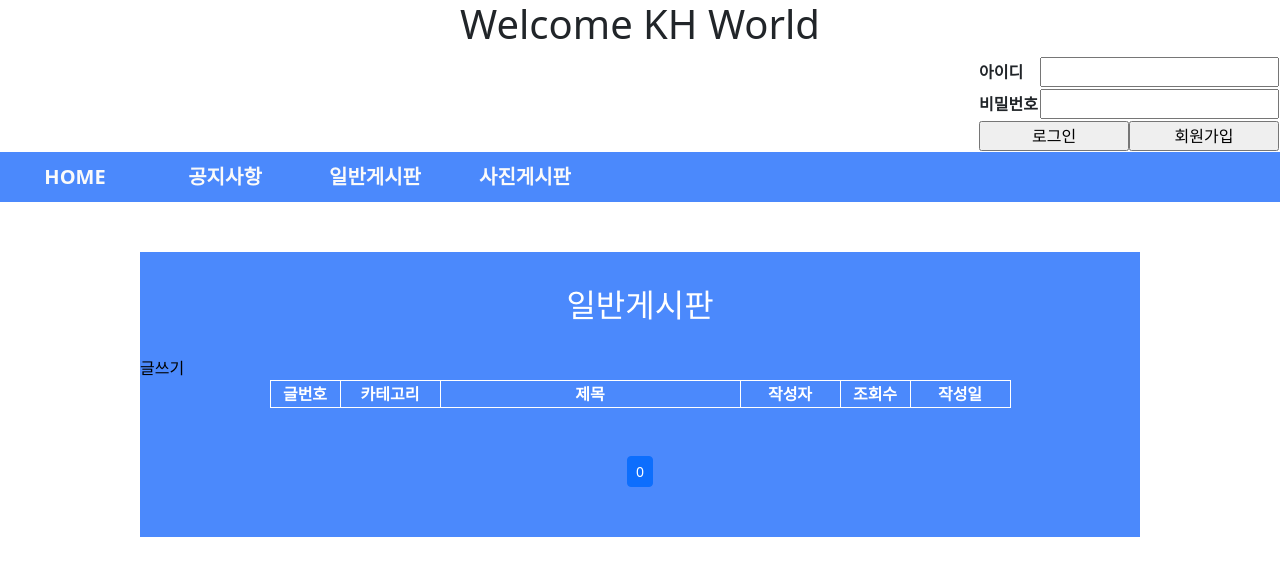
Repository: didwlwd/workspace
Page: http://localhost/jspProject/views/board/boardlistview.jsp
These files come from the project's save history. The page is drawn as it stood at one moment and after the next save; the edit follows.
The browser window is 1280 px wide. The pictures show the whole page.
The page is served by Tomcat 10. The template is opened directly, without the code that normally fills it, so the values that code supplies are empty.

Above is the page before, as saved 2025-02-28 00:14:21.

After the next save:
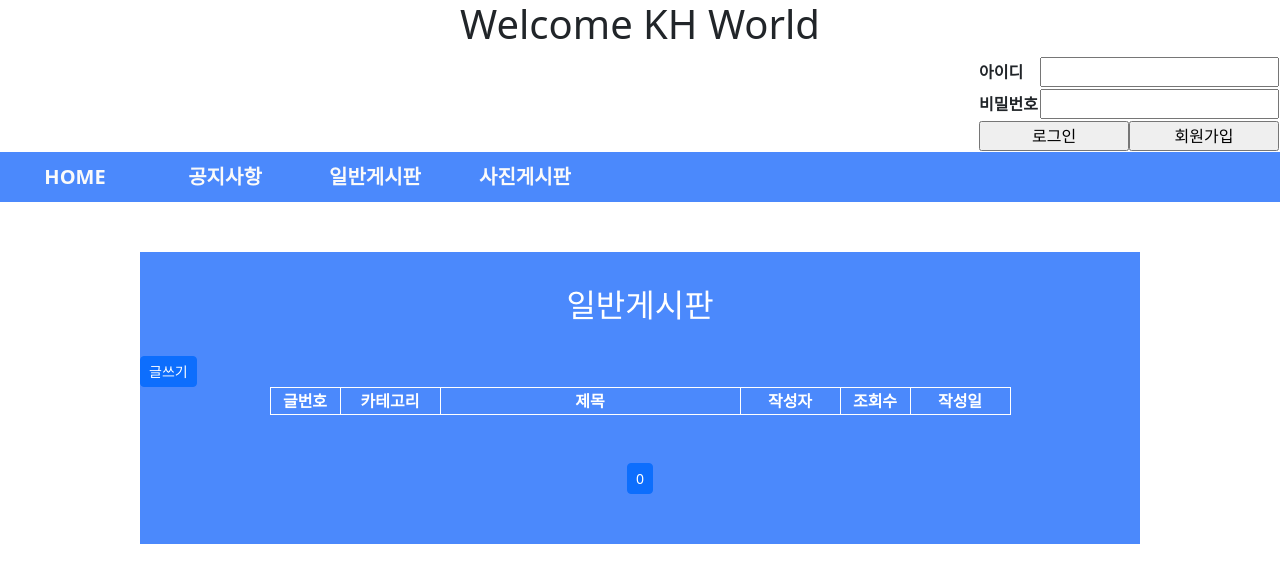
Saved 27 s later.
--- a/07_jsp/jspProject/src/main/webapp/views/board/boardlistview.jsp
+++ b/07_jsp/jspProject/src/main/webapp/views/board/boardlistview.jsp
@@ -45,7 +45,7 @@
         <br>
 
 		<div>
-			<a href="">글쓰기</a>
+			<a class="btn btn-sm btn-primary" href="">글쓰기</a>
 		</div>
         <table align="center" class="list-area">
             <thead>
